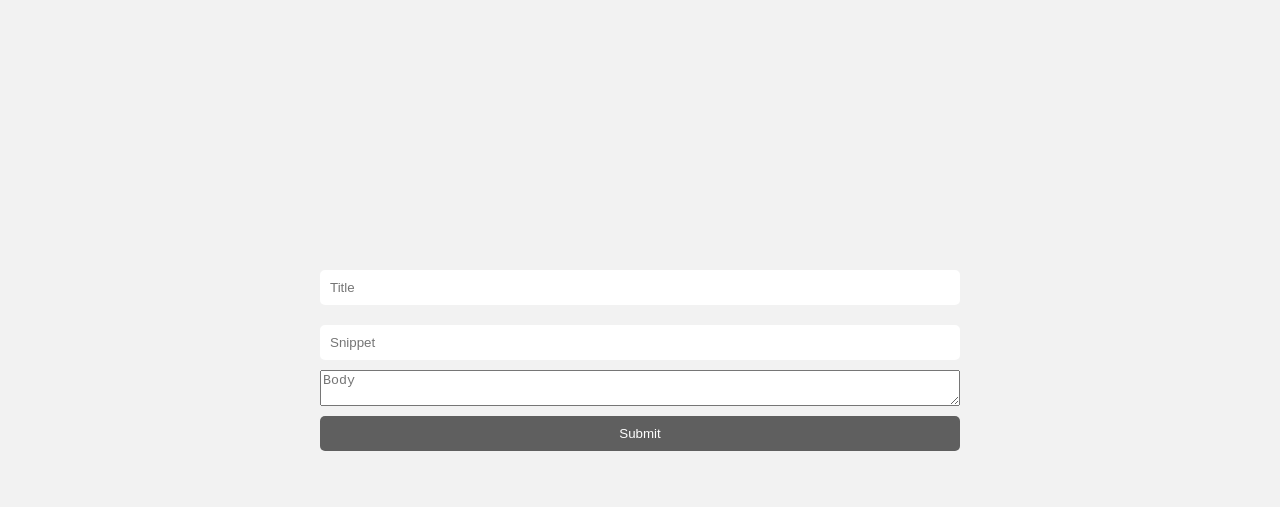
Repository: jegramin/node-auth-frontend
Page: /new-blog
These files come from the project's save history. The page is drawn as it stood at one moment and after the next save; the edit follows.
The browser window is 1280 px wide. The pictures show the whole page.
The project was rebuilt for these pictures with package versions that can differ from the ones it lists, and the page was loaded fresh each time. Also part of the build but not shown: src/components/blog/blog.js, src/components/blog/Blogs.js, src/components/blog/blogDetail.js.

Above is the page before, as saved 2020-11-05 13:54:37.

### src/App.js
import './App.css';
import Blogs from './components/blog/Blogs';
import BlogDetail from './components/blog/blogDetail'
import BlogCreate from './components/blog/blogCreate'
import {Route, BrowserRouter as Router, Switch} from 'react-router-dom'

function App() {
  return (
    <Router>
      <Switch>
        <Route path="/" exact component={Blogs} />
        <Route path="/blog-detail" component={BlogDetail} />
        <Route path="/new-blog" component={BlogCreate} />
      </Switch>
    </Router>
  );
}

export default App;

### src/App.css
body,html, #root {
  min-height: 100%;
  height: 100%;
}
.blogsWrapper {
  display: flex;
  flex-direction: column;
}
.blogContainer {
  display: flex;
  background-color: #f9f9f9;
  font-family: 'Segoe UI', Tahoma, Geneva, Verdana, sans-serif;
  margin: 10px;
  padding: 10px;
  padding-left: 30px;
  border-radius: 5px;
}
h1 {
  color: rgb(70, 70, 70)
}
.blogContainer h1 {
  cursor: pointer;
}
.blogContainer:hover {
  background-color: #f3f3f3;
  padding-left: 15px;
  border-top-left-radius: 2px;
  border-bottom-left-radius: 2px;
  border-left: 15px crimson solid;
}
.blogContainer a {
  text-decoration: none;
  color: #222
}
.blogContainer > div:first-child {
  flex: 1
}
.blogContainer > div:last-child {
  display: flex;
  flex-direction: column;
}
.blogContainer > div:last-child button {
  flex: 1;
  margin: 10px 5px;
  height: 20px;
  padding: 5px;
  border: none;
  border-radius: 5px;
  color: #fff;
  outline: none;
  cursor: pointer;
}
.blogContainer > div:last-child button:first-child {
  background-color: #d39e00;
}
.blogContainer > div:last-child button:first-child:active {
  background-color: #ac8100;
}
.blogContainer > div:last-child button:last-child {
  background-color: #dc3545;
}
.blogContainer > div:last-child button:last-child:active {
  background-color: #b40618;
}

.blogDetailsContainer{
  background-color: #f9f9f9;
  font-family: 'Segoe UI', Tahoma, Geneva, Verdana, sans-serif;
  margin: 10px;
  padding: 10px;
  padding-left: 30px;
  border-radius: 5px;
}

.blogsWrapper a {
  align-self: flex-end;
}
.addBtn {
  margin: 10px;
  width: 50px;
  padding: 10px;
  color: #fff;
  background-color: #17a2b8;
  border: none;
  border-radius: 5px;
}

 /* create new blog */
.formContainer {
  display: flex;
  height: 100%;
  justify-content: center;
  align-items: center;
  background-color: #f2f2f2;
}
.form {
  width: 50%;
  height: 600px;
  display: flex;
  flex-direction: column;
  justify-content: center;
}
.form input {
  padding: 10px;
  margin: 10px 0px;
  border: none;
  border-radius: 5px;
}
.form input:last-child {
  color: #fff;
  background-color: #5f5f5f;
}

### src/components/blog/blogCreate.js
import React, {useState} from 'react'
import axios from 'axios'

function Blogs(props) {
    const [title, setTitle] = useState([])
    const [snippet, setSnippet] = useState([])
    const [body, setBody] = useState([])

    function handleClick(e) {
        e.preventDefault()
        axios.post('http://localhost:3001/blog', {
            title,
            snippet,
            body
        })
        .then(resp => props.history.push("/"))
        .catch(err => console.log(err))
    }

    return (
        <div className='formContainer'>
            <div className='form'>
                <input type='text' value={title} onChange={e => setTitle(e.target.value)} placeholder="Title"/>
                <input type='text' value={snippet} onChange={e => setSnippet(e.target.value)} placeholder="Snippet"/>
                <textarea type='text' value={body} onChange={e => setBody(e.target.value)} placeholder="Body"/>
                <input type='submit' onClick={handleClick}/>
            </div>
        </div>
    )
}

export default Blogs

Loaded but not shown: public/index.html (common file); src/index.js (common file); src/index.css (common file)

After the next save:
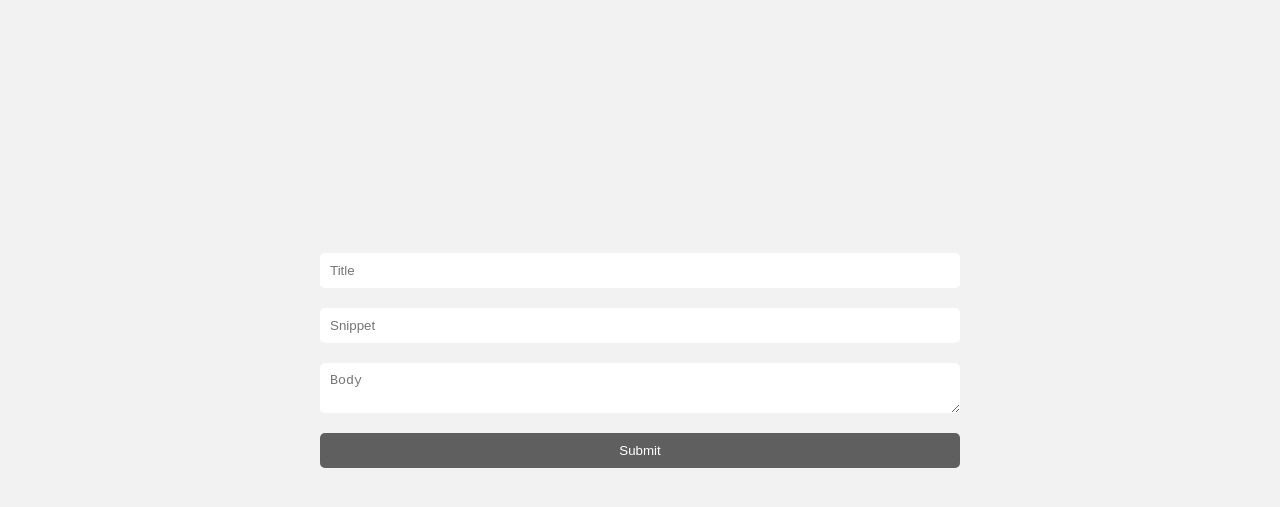
Saved 23 s later.
--- a/src/App.css
+++ b/src/App.css
@@ -100,7 +100,7 @@ h1 {
   flex-direction: column;
   justify-content: center;
 }
-.form input {
+.form input, .form textarea {
   padding: 10px;
   margin: 10px 0px;
   border: none;
